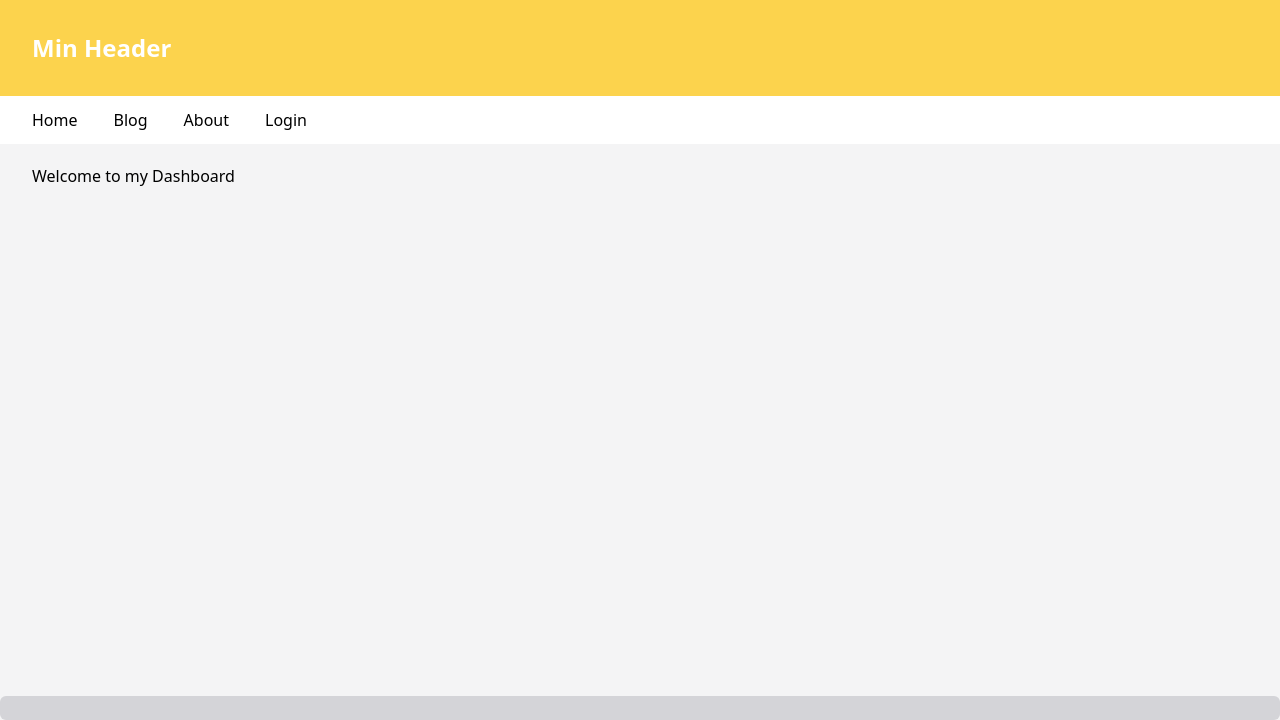
Repository: AlligatorAffe/NextWebsite
Page: /auth/logins
The author's editor kept a copy of each file at every save. The page is drawn from the files as they stood at one save, then again after the next save.
The browser window is 1280 px wide. The pictures show the whole page.
The project was rebuilt for these pictures with package versions that can differ from the ones it lists, and the page was loaded fresh each time. The framework's server and built-in components were replaced by stand-ins that run in the browser. Also part of the build but not shown: next.config.js.

Above is the page before, as saved 2024-01-05 10:58:24.

### app/layout.tsx
import './globals.css'
import { Metadata } from 'next'
import Link from 'next/link'
import Footer from '../app/components/footer'




export const metadata: Metadata = {
  title: 'My webbpage',
  description: 'Welcome to Next.js',
}

/**
 *
 *
 *
 *
 *
 *

const inter = Inter({ subsets: ['latin'] })

export const metadata: Metadata = {
  title: 'Create Next App',
  description: 'Generated by create next app',
}

export default function RootLayout({
  children,
}: {
  children: React.ReactNode
}) {
  return (
    <html lang="en">
      <body>{children}</body>
    </html>
  )
}

 */

export default function RootLayout({
  // Layouts must accept a children prop.
  // This will be populated with nested layouts or pages
  children,

}: {
  children: React.ReactNode
}) {
  const navLinks = [
    { href: '/', label: 'Home' },
    { href: '/blogpost', label: 'Blog' },
    { href: '/about', label: 'About' },
    { href: '/auth/login', label: 'Login'}
  ];
  return (
    <html lang="en">
      <body className="flex flex-col min-h-screen bg-zinc-100 text-black">
        <div className="flex-grow">
          <header className="bg-amber-300 p-8">
            <h1 className="text-2xl font-bold text-white">Min Header</h1>
          </header>

          <nav className="bg-white p-3">
            <ul className="flex space-x-4">
              {navLinks.map((link, index) => (
                <li key={index}>
                  <div className="pl-5">
                    <Link href={link.href} >
                      {link.label}
                    </Link>
                  </div>
                </li>
              ))}
            </ul>
          </nav>
          <div className='pt-5 p-8'>
            {children}
          </div>

        </div>
                <Footer children>Alfred Olsson</Footer>
      </body>
    </html>

  )
}

### app/template.tsx



export default function Template({ children }: { children: React.ReactNode }) {
    return <div>{children}</div>
  }

### app/auth/logins/page.tsx

export default function Page() {
    return (
      <div >
          <h1 >
              Welcome to my Dashboard
          </h1>
    </div>
    )
  }

### app/components/footer.tsx


type Props = {
  title: string,
}

export default function Footer({title}: Props){
  return (
    <footer className="bg-zinc-300 rounded-md p-3">
      <h3 className="text-black text-center text-sm font-medium">{title}</h3>
    </footer>

  )
}

Loaded but not shown: app/globals.css (common file); tailwind.config.ts (common file)

After the next save:
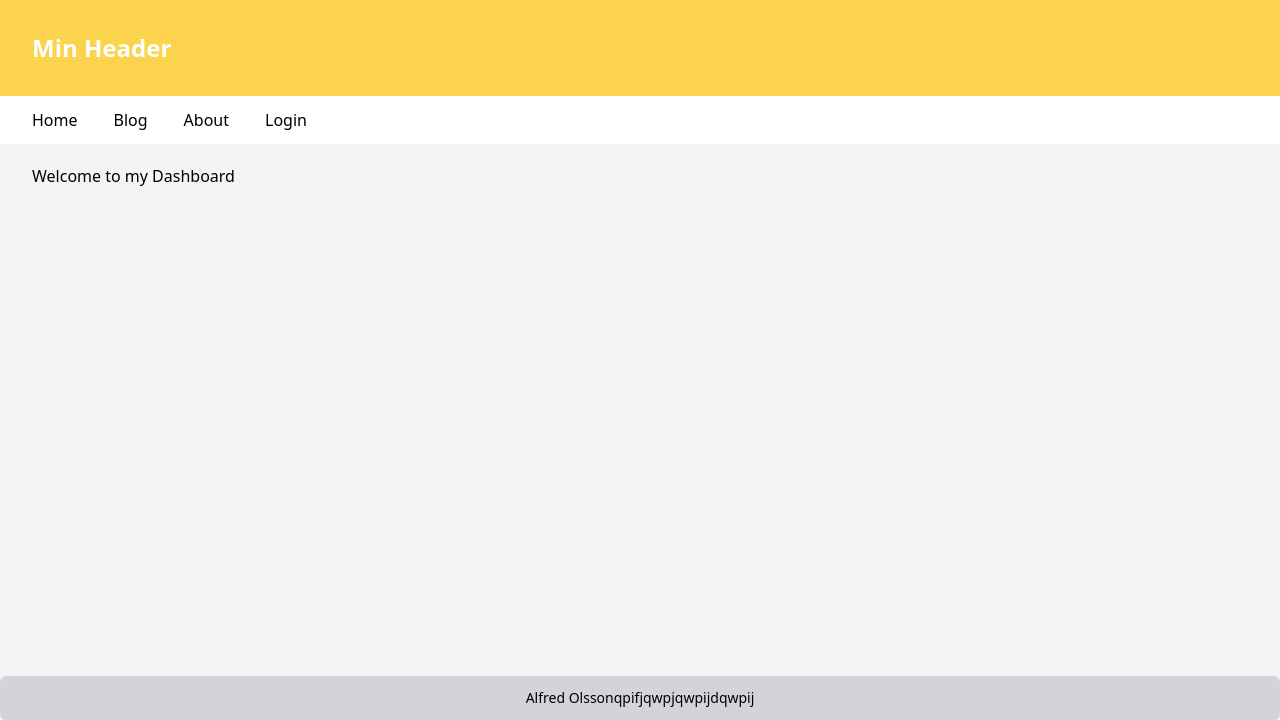
Saved 3 min 58 s later.
--- a/app/layout.tsx
+++ b/app/layout.tsx
@@ -2,6 +2,7 @@ import './globals.css'
 import { Metadata } from 'next'
 import Link from 'next/link'
 import Footer from '../app/components/footer'
+import { title } from 'process'
 
 
 
@@ -80,7 +81,7 @@ export default function RootLayout({
           </div>
 
         </div>
-                <Footer children>Alfred Olsson</Footer>
+          <Footer title="Alfred Olssonqpifjqwpjqwpijdqwpij" />
       </body>
     </html>
 
